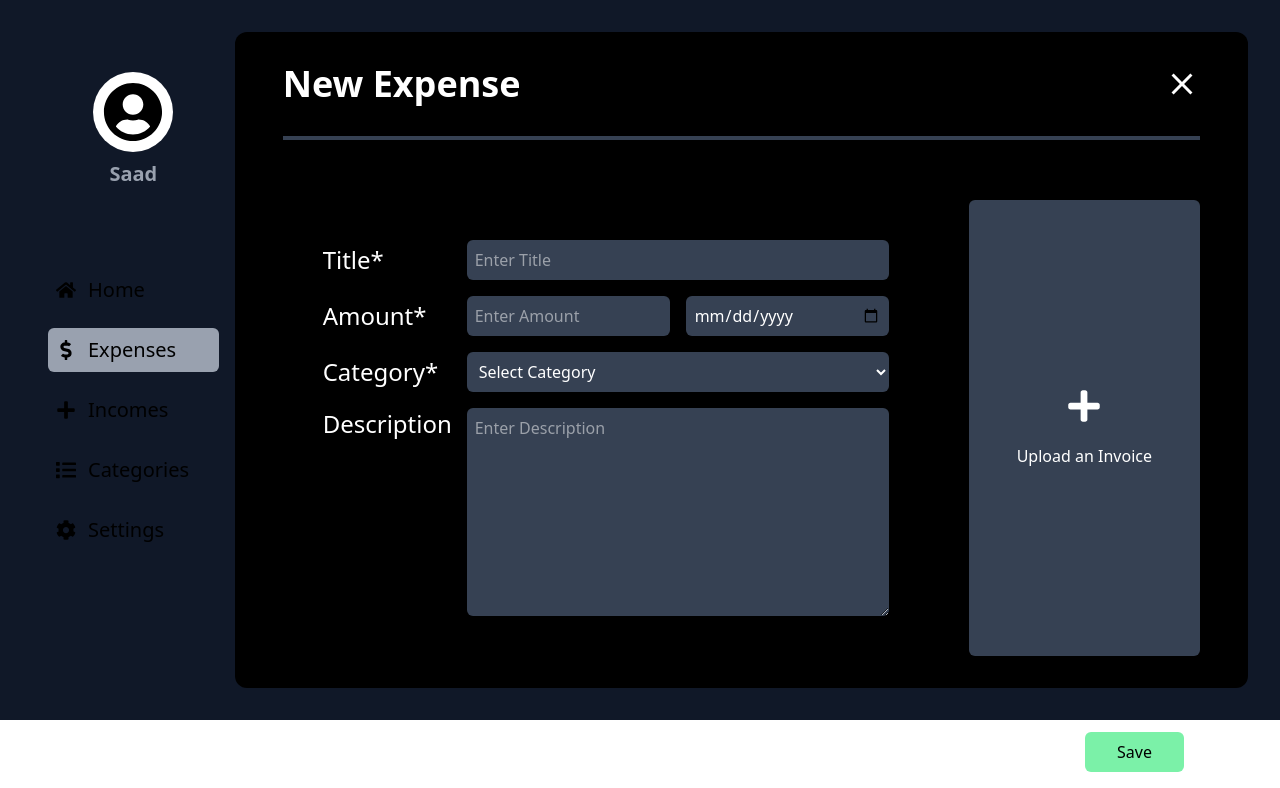
Repository: saad-naveed-brainx/Expense
Page: /expenses
These files come from the project's save history. The page is drawn as it stood at one moment and after the next save; the edit follows.
The browser window is 1280 px wide. The pictures show the whole page.
The project was rebuilt for these pictures with package versions that can differ from the ones it lists, and the page was loaded fresh each time. Also part of the build but not shown: vite.config.js, src/components/LandingPage.jsx, src/components/NotUsed.jsx.

Above is the page before, as saved 2025-09-04 17:36:50.

After the next save:
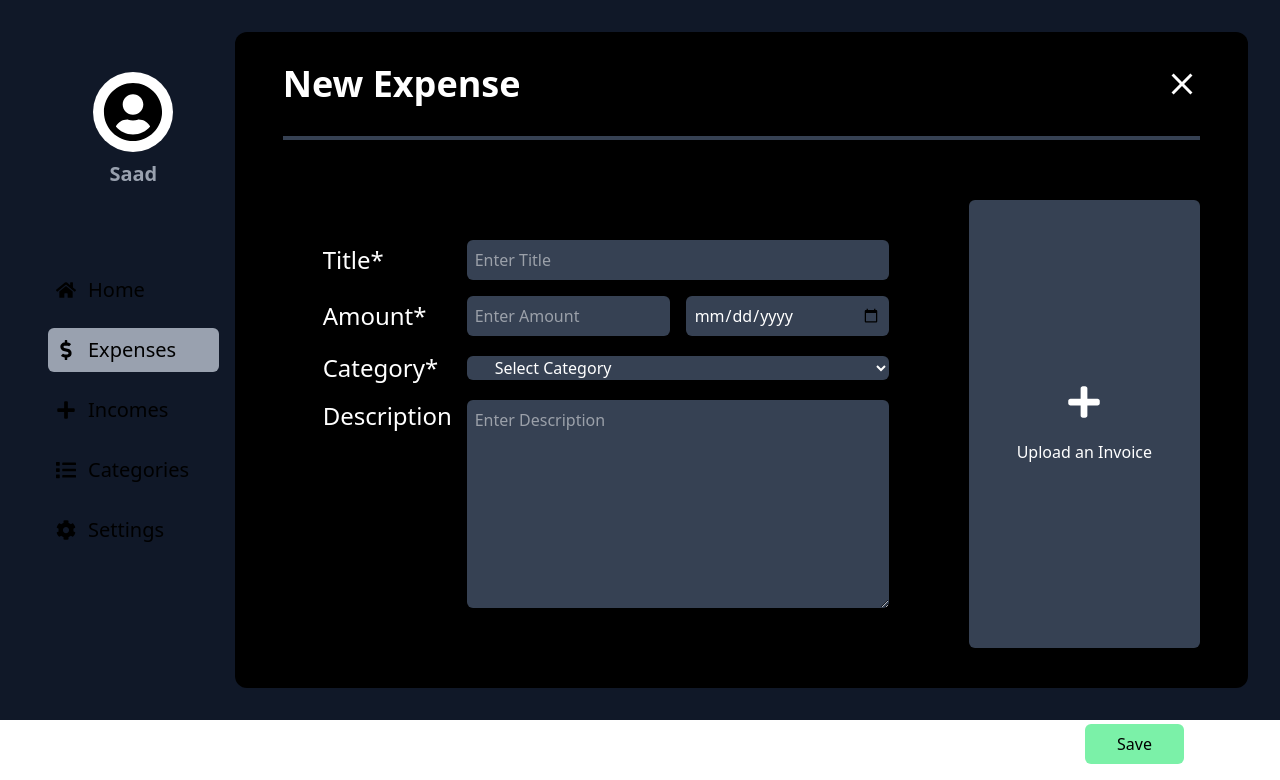
Saved 38 s later.
--- a/src/components/Expenses.jsx
+++ b/src/components/Expenses.jsx
@@ -46,7 +46,7 @@ export default function Expenses() {
             </div>
             <div className='flex gap-4 items-center'>
               <h1 className='text-2xl w-32 shrink-0'>Category*</h1>
-              <select placeholder='Select Category' className='bg-gray-700 rounded-md p-2 flex-1 min-w-0' {...register("category", {required:true})}>
+              <select placeholder='Select Category' className='bg-gray-700 rounded-md px-6 flex-1 min-w-0' {...register("category", {required:true})}>
                 <option className='text-gray-400' value="select">Select Category</option>
                 <option value="food">Food</option>
                 <option value="transport">Transport</option>
